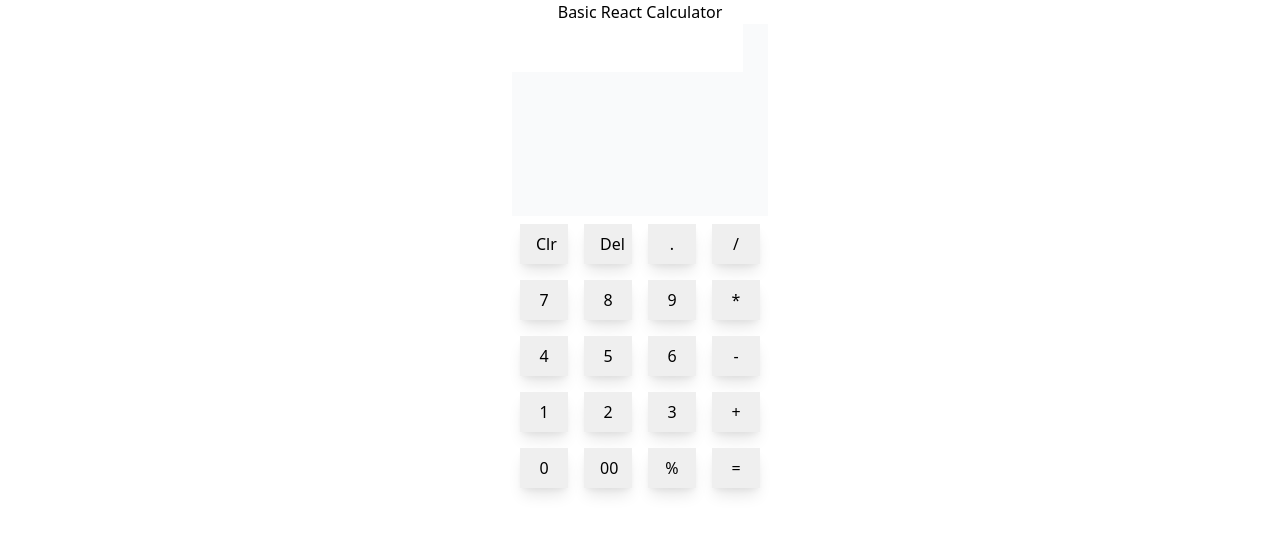
Repository: latenightsnacc/React-Calculator
Page: / (app in docs/react-calculator/)
The author's editor kept a copy of each file at every save. The page is drawn from the files as they stood at one save, then again after the next save.
The browser window is 1280 px wide. The pictures show the whole page.
The project was rebuilt for these pictures with package versions that can differ from the ones it lists, and the page was loaded fresh each time. Also part of the build but not shown: docs/react-calculator/craco.config.js.

Above is the page before, as saved 2021-11-11 15:45:45.

After the next save:
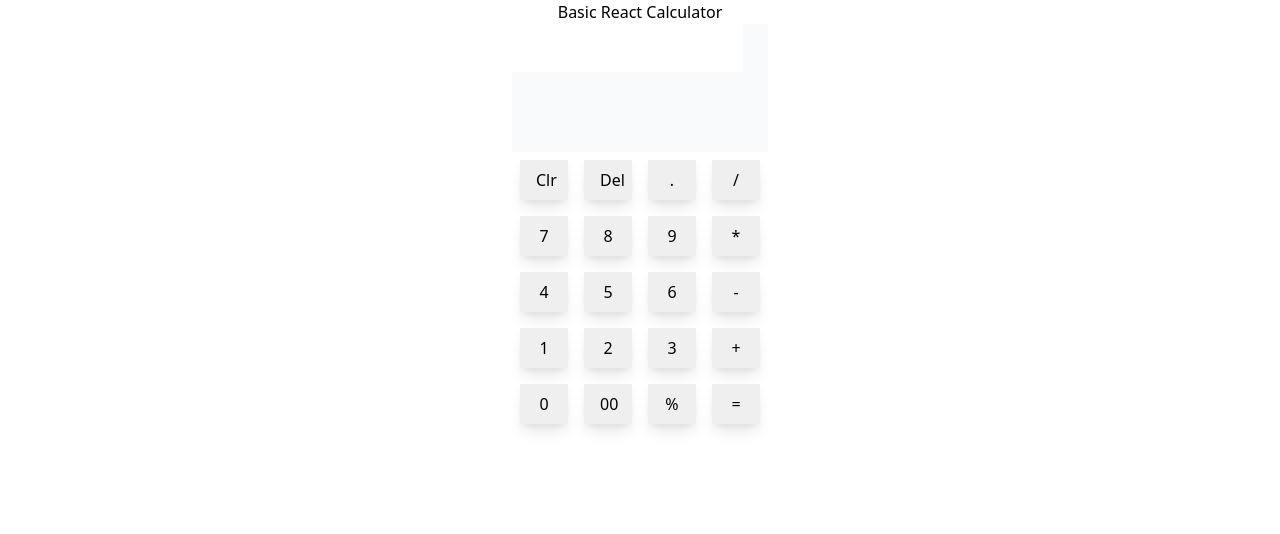
Saved 4 s later.
--- a/docs/react-calculator/src/components/CalculatorScreen.js
+++ b/docs/react-calculator/src/components/CalculatorScreen.js
@@ -3,7 +3,7 @@ import CalculatorOutputRow from './CalculatorOutputRow'
 
 const CalculatorScreen = () => {
     return (
-        <div className="bg-gray-50 w-full h-48">
+        <div className="bg-gray-50 w-full h-32">
             <CalculatorOutputRow/>
             <CalculatorOutputRow/>
         </div>
